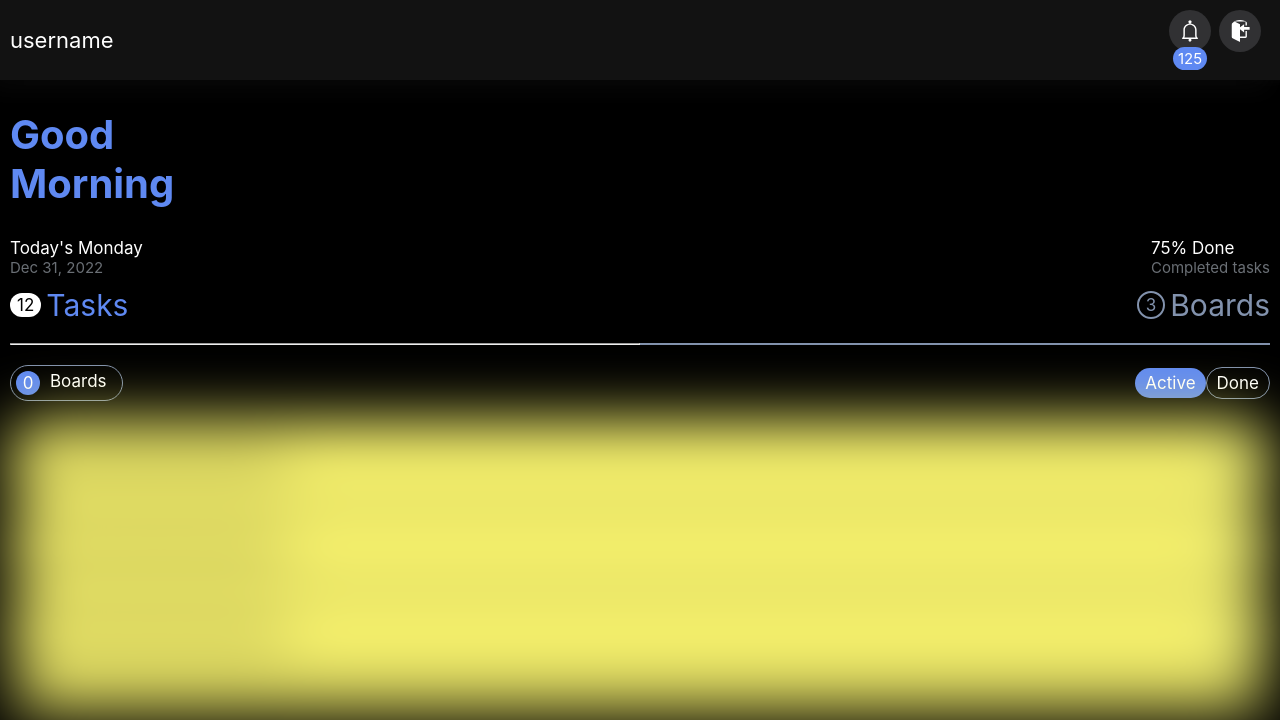
Repository: ShindanoSingi/todo-app
Page: /
These files come from the project's save history. The page is drawn as it stood at one moment and after the next save; the edit follows.
The browser window is 1280 px wide. The pictures show the whole page.
The project was rebuilt for these pictures with package versions that can differ from the ones it lists, and the page was loaded fresh each time. Also part of the build but not shown: src/pages/LandingPage.js.

Above is the page before, as saved 2023-01-01 19:35:18.

### src/index.css
* {
  font-size: 22px;
  margin: 0;
  padding: 0;
}

body {
  margin: 0;
  padding: 0;
  font-family: -apple-system, BlinkMacSystemFont, 'Segoe UI', 'Roboto', 'Oxygen',
    'Ubuntu', 'Cantarell', 'Fira Sans', 'Droid Sans', 'Helvetica Neue',
    sans-serif;
  -webkit-font-smoothing: antialiased;
  -moz-osx-font-smoothing: grayscale;
}

code {
  font-family: source-code-pro, Menlo, Monaco, Consolas, 'Courier New',
    monospace;
}

.signin-icon-signin-text-container {
  display: flex;
  align-items: center;
  flex-direction: column;
}

.bell-icon-bell-num-container {
  display: flex;
  flex-direction: column;
  align-items: center;
  margin-left: 20px;
}

.signin-text {
  display: none;
}

.bell-num,
.signin-text {
  font-size: 15px;
}

.bell-num {
  text-align: center;
  color: #fff;
  padding: 2px 5px;
  background-color: #5f89f2;
  border-radius: 50px;
  margin-top: -5px;
}

.bell-icon,
.signin-icon {
  color: white;
  padding: 10px;
  border-radius: 50px;
  background-color: #313133;
}

div.signin-icon-signin-text-container:hover p.signin-text {
  display: block;
}

.bell-icon-signin-container {
  display: grid;
  grid-template-columns: 60px 60px;
}

.username,
.signin-text {
  color: #fff;
}

.nav-bar {
  display: flex;
  align-items: center;
  justify-content: space-between;
  padding: 10px;
  background: #121212;
  box-shadow: -11px 11px 22px #070707, 11px -11px 22px #1d1d1d;
}

h1 {
  position: absolute;
  top: 10%;
  z-index: 1;
}

h2 {
  font-size: 40px;
  color: #5f89f2;
}

.salutation-container {
  margin-top: 30px;
  padding-left: 10px;
}

.day,
.percent,
.small-boards,
.done,
.active {
  font-size: 17px;
  color: #ffffff;
}

.date,
.completed {
  font-size: 15px;
  color: #6a6f75;
}

.day-to-percent-container {
  display: flex;
  justify-content: space-between;
  padding: 10px;
  margin-top: 20px;
}

.tasks-num {
  text-align: center;
  font-size: 17px;
  background: #ffff;
  padding: 2px 7px;
  border-radius: 50px;
  height: 20px;
}

.tasks {
  font-size: 30px;
  font-weight: light;
  color: #5f89f2;
}

.boards-num {
  font-size: 17px;
  color: #8292ad;
  border: 2px solid #8292ad;
  padding: 2px 7px;
  border-radius: 50px;
  height: 20px;
}

.big-boards {
  font-size: 30px;
  font-weight: light;
  color: #8292ad;
}

.tasks-num-tasks-container,
.boards-num-boards-container {
  display: flex;
  align-items: center;
  gap: 5px;
}

.line-tasks {
  width: 50%;
}

.line-boards {
  width: 50%;
  border: 1px solid #8292ad;
}

.line-tasks-ine-boards-container {
  display: flex;
  justify-content: space-between;
  /* margin-top: 10px; */
  padding: 0 10px;
}

.tasks-to-boards-container {
  display: flex;
  justify-content: space-between;
  padding: 0 10px;
}

.num-boards {
  font-size: 17px;
  text-align: center;
  color: #fff;
  background: #5f89f2;
  padding: 2px;
  border-radius: 50px;
  height: 20px;
  width: 20px;
}

.small-boards {
  color: #fff;
}

.num-boards-small-boards-container {
  display: flex;
  gap: 10px;
  border: 1px solid #8292ad;
  padding: 5px;
  border-radius: 50px;
  padding-right: 15px;
}

.active {
  text-align: center;
  background: #5f89f2;
  padding: 0px 10px;
  border-radius: 50px;
  padding: 5px 10px;
}

.done {
  display: flex;
  gap: 10px;
  border: 1px solid #8292ad;
  border-radius: 50px;
  padding: 5px 10px;
}

.active-done-container {
  display: flex;
  align-items: center;
}

.num-boards-to-small-boards-container {
  display: flex;
  justify-content: space-between;
  align-items: center;
  padding: 0 10px;
}

.task-title {
  word-wrap: break-word;
  padding: 5px;
  width: 80%;
}

.check-circle-icon {
  color: white;
  padding: 10px;
  border-radius: 50px;
  background: rgba(121, 141, 139, 0.21);
}

.todo-card {
  margin: 0 10px;
  padding: 15px;
  min-height: 50px;
  border-radius: 30px;
  display: flex;
  align-items: center;
  justify-content: space-between;
}

.todos-container {
  display: flex;
  flex-direction: column;
  gap: 5px;
  max-height: 290px;
  overflow-y: scroll;
  top: 0;

  bottom: 0;
  filter: blur(30px);
  z-index: 1000;
}

.main {
  display: flex;
  flex-direction: column;
  gap: 20px;
}

/* Credit: Cole McCombs; */
.landing-page-wrapper {
  height: 100%;
  display: flex;
  flex-direction: column;
  align-items: center;
  justify-content: center;
}

/* Credit: Cole McCombs; */
.button {
  min-width: 150px;
  min-height: 40px;
  font-family: 'Nunito', sans-serif;
  font-size: 22px;
  text-transform: uppercase;
  letter-spacing: 1.3px;
  font-weight: 700;
  color: #313133;
  background: #37b7ff;
  background: linear-gradient(
    90deg,
    rgb(59, 123, 190) 0%,
    rgb(29, 181, 228) 100%
  );
  border: none;
  border-radius: 1000px;
  box-shadow: 12px 12px 24px rgba(28, 120, 186, 0.64);
  transition: all 0.3s ease-in-out 0s;
  cursor: pointer;
  outline: none;
  position: absolute;
  top: 85%;
  padding: 10px;
}

/* Credit: Cole McCombs; */
button::before {
  content: '';
  border-radius: 1000px;
  min-width: calc(150px + 12px);
  min-height: calc(40px + 12px);
  border: 6px solid #008cff;
  box-shadow: 0 0 60px rgba(25, 150, 233, 0.64);
  position: absolute;
  top: 50%;
  left: 50%;
  transform: translate(-50%, -50%);
  opacity: 0;
  transition: all 0.3s ease-in-out 0s;
}

/* Credit: Cole McCombs; */
.button:hover,
.button:focus {
  color: #bfbfd4;
  transform: translateY(-6px);
}

/* Credit: Cole McCombs; */
button:hover::before,
button:focus::before {
  opacity: 1;
}

/* Credit: Cole McCombs; */
button::after {
  content: '';
  width: 30px;
  height: 30px;
  border-radius: 100%;
  border: 6px solid #0f8bdd;
  position: absolute;
  z-index: -1;
  top: 50%;
  left: 50%;
  transform: translate(-50%, -50%);
  animation: ring 1.5s infinite;
}

/* Credit: Cole McCombs; */
button:hover::after,
button:focus::after {
  animation: none;
  display: none;
}

/* Credit: Cole McCombs; */
@keyframes ring {
  0% {
    width: 20px;
    height: 20px;
    opacity: 1;
  }
  100% {
    width: 150px;
    height: 150px;
    opacity: 0;
  }
}

.landing-page-image {
  position: fixed;
  width: 100%;
  height: 100%;
}

.landing-page-image {
  -webkit-animation: anim 8s infinite linear;
  animation: anim 8s infinite linear;
}

@-webkit-keyframes anim {
  from {
    -webkit-transform: rotateY(0deg);
  }
  to {
    -webkit-transform: rotateY(90deg);
  }
}

@keyframes anim {
  from {
    transform: rotateY(90deg);
  }
  to {
    transform: rotateY(0deg);
  }
}

.container {
  height: 100%;
  width: 100%;
  position: fixed;
  background-color: #000000;
}

### src/App.js
import Todos from './pages/Todos'

import LandingPage from './pages/LandingPage'

function App() {
  return (
    <div className="">
      {/* <LandingPage /> */}
      <Todos />
    </div>
  )
}

export default App

### src/pages/Todos.js
import React from 'react'
import checkbox from '../assests/check.svg'
import { RxBell } from 'react-icons/rx'
import { GoSignIn } from 'react-icons/go'
import { FcCheckmark } from 'react-icons/fc'

function Todos() {
    let color = "#FEF970"
    return (
        <div className='container'>
            <div className='todos-wrapper'>
                <nav className='nav-bar'>
                    <p className='username'>username</p>
                    <div className='bell-icon-signin-container'>
                        <div className='bell-icon-bell-num-container'>
                            <RxBell className='bell-icon' />
                            <p className='bell-num'>125</p>
                        </div>
                        <div className='signin-icon-signin-text-container'>
                            <GoSignIn className='signin-icon' />
                            <p className='signin-text'>Sign In</p>
                        </div>

                    </div>
                </nav>
                <div className='salutation-container'>
                    <h2 className='good-text'>Good</h2>
                    <h2 className='morning-text'>Morning</h2>
                </div>

                <div className='day-to-percent-container'>
                    <div className='day-date-container'>
                        <p className='day'>Today's Monday</p>
                        <p className='date'>Dec 31, 2022</p>
                    </div>
                    <div className='percent-completed-container'>
                        <p className='percent'>75% Done</p>
                        <p className='completed'>Completed tasks</p>
                    </div>
                </div>
                <main className='main'>
                    <div className='tasks-to-boards-container'>
                        <div className='tasks-num-tasks-container'>
                            <p className='tasks-num'>12</p>
                            <p className='tasks'>Tasks</p>
                        </div>
                        <div className='boards-num-boards-container'>
                            <p className='boards-num'>3</p>
                            <p className='big-boards'>Boards</p>
                        </div>
                    </div>
                    <div className='line-tasks-ine-boards-container'>
                        <hr className='line-tasks' />
                        <hr className='line-boards' />
                    </div>

                    <div className='num-boards-to-small-boards-container'>
                        <div className='num-boards-small-boards-container'>
                            <p className='num-boards'>0</p>
                            <p className='small-boards'>Boards</p>
                        </div>
                        <div className='active-done-container'>
                            <p className='active'>Active</p>
                            <p className='done'>Done</p>
                        </div>
                    </div>
                    <div className='todos-container'>
                        <div className='todo-card' style={{ backgroundColor: color }}>
                            <p className='task-title'>gdfgdfgdfgdfgdfgdfgdfg</p>
                            < FcCheckmark className='check-circle-icon' />
                        </div>
                        <div className='todo-card' style={{ backgroundColor: color }}>
                            <p className='task-title'>gdfgdfgdfgdfgdfgdfgdfg</p>
                            < FcCheckmark className='check-circle-icon' />
                        </div>
                        <div className='todo-card' style={{ backgroundColor: color }}>
                            <p className='task-title'>gdfgdfgdfgdfgdfgdfgdfg</p>
                            < FcCheckmark className='check-circle-icon' />
                        </div>
                        <div className='todo-card' style={{ backgroundColor: color }}>
                            <p className='task-title'>gdfgdfgdfgdfgdfgdfgdfg</p>
                            < FcCheckmark className='check-circle-icon' />
                        </div>
                        <div className='todo-card' style={{ backgroundColor: color }}>
                            <p className='task-title'>gdfgdfgdfgdfgdfgdfgdfg</p>
                            < FcCheckmark className='check-circle-icon' />
                        </div>
                        <div className='todo-card' style={{ backgroundColor: color }}>
                            <p className='task-title'>gdfgdfgdfgdfgdfgdfgdfg</p>
                            < FcCheckmark className='check-circle-icon' />
                        </div>
                        <div className='todo-card' style={{ backgroundColor: color }}>
                            <p className='task-title'>gdfgdfgdfgdfgdfgdfgdfg</p>
                            < FcCheckmark className='check-circle-icon' />
                        </div>
                        <div className='todo-card' style={{ backgroundColor: color }}>
                            <p className='task-title'>gdfgdfgdfgdfgdfgdfgdfg</p>
                            < FcCheckmark className='check-circle-icon' />
                        </div>
                        <div className='todo-card' style={{ backgroundColor: color }}>
                            <p className='task-title'>gdfgdfgdfgdfgdfgdfgdfg</p>
                            < FcCheckmark className='check-circle-icon' />
                        </div>
                        <div className='todo-card' style={{ backgroundColor: color }}>
                            <p className='task-title'>gdfgdfgdfgdfgdfgdfgdfg</p>
                            < FcCheckmark className='check-circle-icon' />
                        </div>
                        <div className='todo-card' style={{ backgroundColor: color }}>
                            <p className='task-title'>gdfgdfgdfgdfgdfgdfgdfg</p>
                            < FcCheckmark className='check-circle-icon' />
                        </div>
                        <div className='todo-card' style={{ backgroundColor: color }}>
                            <p className='task-title'>gdfgdfgdfgdfgdfgdfgdfg</p>
                            < FcCheckmark className='check-circle-icon' />
                        </div>
                        <div className='todo-card' style={{ backgroundColor: color }}>
                            <p className='task-title'>gdfgdfgdfgdfgdfgdfgdfg</p>
                            < FcCheckmark className='check-circle-icon' />
                        </div>
                        <div className='todo-card' style={{ backgroundColor: color }}>
                            <p className='task-title'>gdfgdfgdfgdfgdfgdfgdfg</p>
                            < FcCheckmark className='check-circle-icon' />
                        </div>
                        <div className='todo-card' style={{ backgroundColor: color }}>
                            <p className='task-title'>gdfgdfgdfgdfgdfgdfgdfg</p>
                            < FcCheckmark className='check-circle-icon' />
                        </div>
                        <div className='todo-card' style={{ backgroundColor: color }}>
                            <p className='task-title'>gdfgdfgdfgdfgdfgdfgdfg</p>
                            < FcCheckmark className='check-circle-icon' />
                        </div>
                        <div className='todo-card' style={{ backgroundColor: color }}>
                            <p className='task-title'>gdfgdfgdfgdfgdfgdfgdfg</p>
                            < FcCheckmark className='check-circle-icon' />
                        </div>
                        <div className='todo-card' style={{ backgroundColor: color }}>
                            <p className='task-title'>gdfgdfgdfgdfgdfgdfgdfg</p>
                            < FcCheckmark className='check-circle-icon' />
                        </div>
                        <div className='todo-card' style={{ backgroundColor: color }}>
                            <p className='task-title'>gdfgdfgdfgdfgdfgdfgdfg</p>
                            < FcCheckmark className='check-circle-icon' />
                        </div>
                        <div className='todo-card' style={{ backgroundColor: color }}>
                            <p className='task-title'>gdfgdfgdfgdfgdfgdfgdfg</p>
                            < FcCheckmark className='check-circle-icon' />
                        </div>
                        <div className='todo-card' style={{ backgroundColor: color }}>
                            <p className='task-title'>gdfgdfgdfgdfgdfgdfgdfg</p>
                            < FcCheckmark className='check-circle-icon' />
                        </div>
                        <div className='todo-card' style={{ backgroundColor: color }}>
                            <p className='task-title'>gdfgdfgdfgdfgdfgdfgdfg</p>
                            < FcCheckmark className='check-circle-icon' />
                        </div>

                    </div>

                </main>
            </div>
        </div>
    )
}

export default Todos

Loaded but not shown: public/index.html (common file); src/index.js (common file); src/reportWebVitals.js (common file)

After the next save:
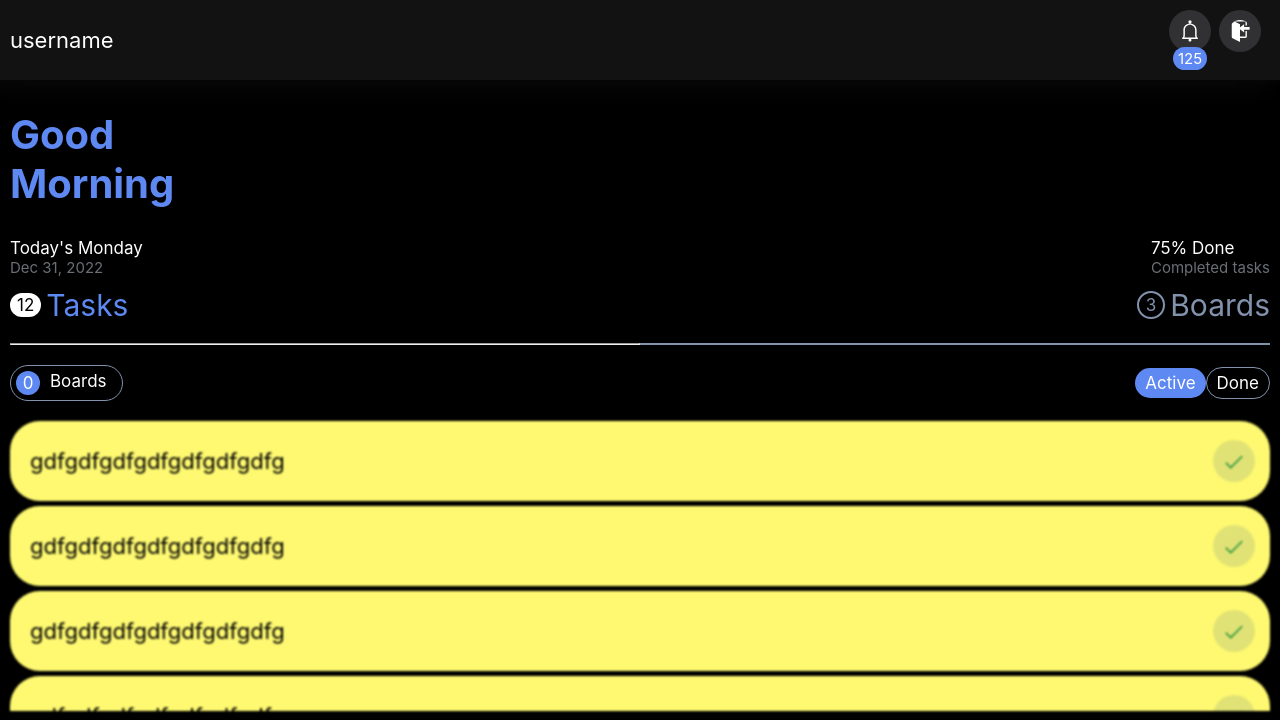
Saved 5 s later.
--- a/src/index.css
+++ b/src/index.css
@@ -262,7 +262,7 @@ h2 {
   top: 0;
 
   bottom: 0;
-  filter: blur(30px);
+  filter: blur(1px);
   z-index: 1000;
 }
 
